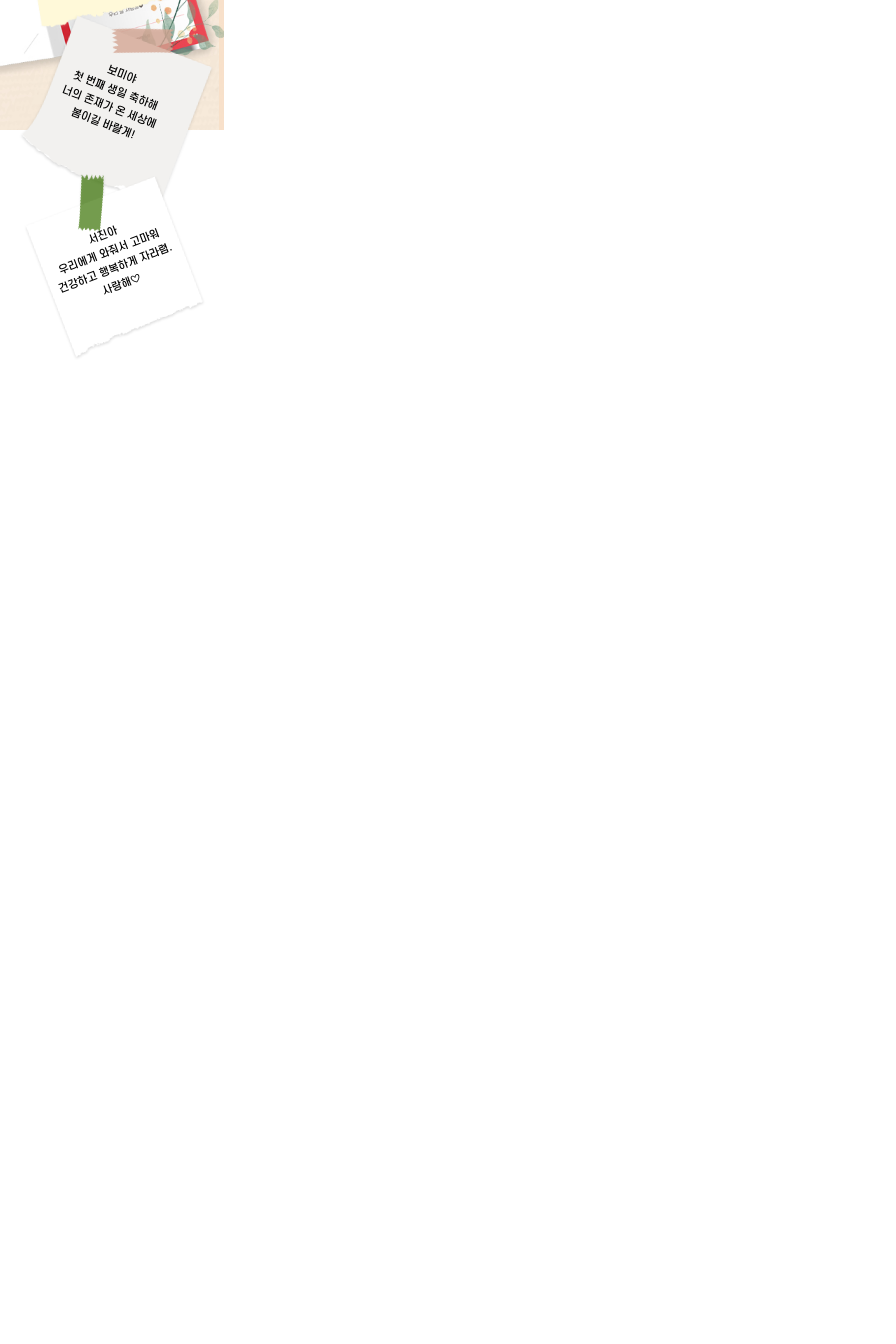
Repository: dlgywls1130/save_the_m320
Page: index.html
An editor plug-in stored every save of this project. The page is shown before and after the next save, followed by the edit.
The browser window is 1280 px wide. The pictures show the part of the page from y = 1744 to 3664 px (the page is 8300 px tall before and 10040 px after), at 70% of full size.

Above is the page before, as saved 2023-12-21 01:15:10.

### index.html
<!DOCTYPE html>
<html lang="en">
<head>
    <meta charset="UTF-8">
    <meta name="viewport" content="width=device-width, initial-scale=1.0">
    <title>세이브더칠드런</title>

    <link rel="stylesheet" href="./css/reset.css">
    <link rel="stylesheet" href="./css/style.css">

</head>
<body>
    <div class="content_body">
        <section class="section_wrapper section01">
            <div class="se01 se_wrapper">
                <div class="seo01_mobile_wrapp">
                    <div class="se01_sub">
                        <div class="sub_logo">
                            <img src="./img/logo01.png" alt="logo">
                        </div>
                        <p>우리 아기 좋은 날 기부</p>
                    </div>
                    <p class="seo01_title">
                        아가야,
                    </p>
                    <p class="seo01_title_two">
                        너의 <span id="rollingText">탄생</span> 순간을 축하해!
                    </p>
                </div>
                <div class="seo01_mobile_wrapp_bottom">
                    <p class="section_descript mb-45">
                        아이의 건강과 행복을
                        <br>바라는 마음을 담아,
                        <br>탄생, 백일, 첫 걸음마, 첫돌 등
                        <br>내 아이의 소중한 순간을
                        <br>기부로 기념해보세요.
                        <br>함께 자라나는 다른 아이들
                        <br>에게도 큰 축복이 됩니다..
                    </p>

                    <a class="donation_link" href="javascript:void(0)">우리 아기 좋은 날 기부</a>
                </div>

            </div>
        </section>
        <section class="section_wrapper section02">
            <div class="se02 se_wrapper">
                <div class="postit_wrapper">
                    <div class="postit postit01">
                        <p>우리 아들 우현이의<br>
                        200일을 축하해.<br>
                        <span>건강하게 자라줘서 고마워 <img src="./img/heart.png"></span>
                        늘 사랑받고 받은 사랑만큼<br>
                        베풀 수 있는 건강하고<br>
                        멋진 아들이 되길 바래!</p>
                    </div>
                    <div class="postit postit02">
                        <p>우리 새로아<Br>
                        백일 동안 무럭무럭 자라줘서<Br>
                        고마워~앞으로도 건강하고<Br>
                        우리 같이 재미있게 많이 놀자.<Br>
                        엄마,아빠가 많이 사랑해.</p>
                    </div>

                    <div class="postit postit05">
                        <p>사랑하는 도현이의<br>
                        첫 어린이날과 첫돌을<br>
                        기념하며, <br>
                        이웃을 사랑하는<br>
                        멋진 사람으로 자라길</p>

                    </div>
                    <div class="postit postit04">
                        <p>보미야<br>
                        첫 번째 생일 축하해<br>
                        너의 존재가 온 세상에<br>
                        봄이길 바랄게!   </p>
                    </div>

                    <div class="postit postit03">
                        <p>서진아<br>
                        우리에게 와줘서 고마워<br>
                        건강하고 행복하게 자라렴.<br>
                        사랑해♡      </p>
                    </div>

                </div>

            </div>
        </section>
        <section class="section_wrapper section03">
            <div class="se_wrapper se03">
                <div class="se_title_co">
                    아기의 좋은 날을<br> 기념해 주신 모든 분들께
                    <br>후원감사증서를 보내드립니다.
                </div>
                <div class="se_sub_co">
                    후원감사증서는<Br> 아기에게 남기고 싶은 메시지와 아기의 좋은 날이 담긴 사진을<br> 보관할 수 있도록
                    만들어드립니다.<br> 먼 훗날, 아기가 성장해 읽게 될 날을 그리며 편지를 써보세요.
                </div>
            </div>

        </section>
        <!-- <section class="section_wrapper section04">
            <div class="se_wrapper se04">
                <div class="se_title_co">
                    이름 자수 순면거즈블랭킷
                </div>
                <div class="se_sub_co">
                    30만원 이상 후원하신 분들께는 순면 거즈 아기 블랭킷(90*110)에
                    <Br>원하시는 이름(영문)을 예쁘게 수놓아 드립니다.
                </div>

                <div class="se04_slide mt-85">
                    <div class="se04_slide_list">
                        <img src="./img/slide03.jpg">
                    </div>
                    <div class="se04_slide_list">
                        <img src="./img/slide02.jpg">
                    </div>
                    <div class="se04_slide_list">
                        <img src="./img/slide01.jpg">
                    </div>
                </div>
            </div>
        </section> -->
        <section class="section_wrapper section05">
            <div class="se_wrapper se05">
                <div class="se_title_co">
                    후원신청 과정
                </div>


                <div class="se_sub_co">
                    30만원 이상 후원해 주신 경우,
                    <br>감사 선물 수령 주소 및 아기 블랭킷에 새겨질 문구 확인을 위한 문자가 발송됩니다.
                </div>

                <div class="se_step_list">
                    <div class="se_step">
                        <p class="step_number">1</p>
                        <div class="step_ico">
                            <img src="./img/icon01.png" alt="img">
                        </div>
                        <p class="step_descript">
                            후원신청하기
                        </p>
                    </div>
                    <div class="se_step">
                        <p class="step_number">2</p>
                        <div class="step_ico">
                            <img src="./img/icon02.png" alt="img">
                        </div>
                        <p class="step_descript">
                            후원감사증서
                            메시지 적기
                        </p>
                    </div>
                </div>
                <div class="se_step_list">
                    <div class="se_step">
                        <p class="step_number">3</p>
                        <div class="step_ico">
                            <img src="./img/icon03.png" alt="img">
                        </div>
                        <p class="step_descript">
                            신청완료
                        </p>
                    </div>
                    <div class="se_step">
                        <p class="step_number">4</p>
                        <div class="step_ico">
                            <img src="./img/icon04.png" alt="img">
                        </div>
                        <p class="step_descript">
                            후원감사증서 발송
                            (1주 이내)
                        </p>
                    </div>
                </div>


                <a class="donation_link" href="javascript:void(0)">우리 아기 좋은 날 기부</a>
            </div>

        </section>
        <section class="section_wrapper section06">
            <div class="se_wrapper se06">
                <div class="se_title_co">
                    후원금, 이렇게 쓰여요!
                </div>
                <div class="se_sub_co">
                    세이브더칠드런은 <Br><span>국내외 아동을 위한 교육,
                    <Br>보호, 보건영양지원,<Br> 아동권리옹호</span> 등의<Br> 활동을 해나가고 있습니다.
                </div>
                <div class="se_sub_co">
                    보내주신 후원금은<Br> 정치, 종교, 인종에 관계없이<Br> 모든 아이를 구해야 한다는
                    <Br>세이브더칠드런의 신념에 따라 <Br><span>가장 도움 필요한 아이를 위해 우선 사용</span>됩니다.
                </div>
            </div>

        </section>
        <section class="section_wrapper section07">
            <div class="se_wrapper se07">
                <div class="se_title_co">
                    FAQ
                </div>
                <div class="accordion">
                    <div class="accordion-item">
                        <h3 class="title">
                            <span>1. 30만원 이상 후원했습니다. <br>거즈 순면 블랭킷은 언제 오나요?</span>
                            <img src="./img/top.png">
                        </h3>
                        <p class="paragraph">
                            우리아기 축하기부로 30만원 이상 후원자님들께는 담요에 수놓을 아기 이름과
                            선물 수령 주소 확인을 위한 문자가 발송됩니다.
                            02-6900-4479로 발송되는 문자 속 설문조사에 답해주세요.
                            확인을 완료하신 분들께는 블랭킷 제작을 담당하고 있는 조니 스튜디오에서
                            아기 이름 자수 작업 완료 후 배송해 드립니다.

                        </p>
                    </div>
                    <div class="accordion-item">
                        <h3 class="title">
                            <span>2. 거즈 순면 블랭킷, 안전한 제품인가요?</span>
                            <img src="./img/top.png">
                        </h3>
                        <p class="paragraph">
                            본 블랭킷은 워싱된 3중 거즈로 제작되었으며, KC안전검사를 완료하였습니다.
                            소재 특성상 섬유 조각이 발생할 수 있어 망에 넣지 않고 3번 정도 물빨래 하시는 것을 권장합니다.

                        </p>
                    </div>
                    <div class="accordion-item">
                        <h3 class="title">
                            <span>3. 거즈 순면 블랭킷을 받았는 데 하자가 있어요. <Br>어떻게 해야 하나요? </span>
                            <img src="./img/top.png">
                        </h3>
                        <p class="paragraph">
                            070-4220-4123 (조니스튜디오 CS)로 전화 연락 부탁드립니다. 하자 물품에 대한 교환은 수령일로부터 7일 이내에 조니스튜디오에 연락해주셔야 하며, 이로 인한 후원금 환불은 어렵습니다.
                        </p>
                    </div>
                    <div class="accordion-item">
                        <h3 class="title">
                            <span>4. 후원감사증서에 넣을 수 있는 사진 사이즈는 <Br>얼마인가요?</span>
                            <img src="./img/top.png">
                        </h3>
                        <p class="paragraph">
                            사진 인화 사이즈 5*7 인치에 맞추어서 제작되었습니다.  그보다 작은 사진일 경우, 후원감사증서
                            내부의 주머니에 넣어 보관하실 수도  있습니다.

                        </p>
                    </div>
                </div>
            </div>

        </section>
        <section class="section_wrapper section08">
            <div class="se_wrapper se08">
                <div class="se08_postion">
                    <p class="se08_title">우리 아기 좋은 날 기부</p>
                    <p class="se08_descript">
                        탄생, 백일, 첫 걸음마, 첫돌...
                        <br>소중한 우리 아기의 성장을 기념해 보세요!
                        <br>아기의 좋은 날이 모여 세상의 행복이 됩니다.
                    </p>
                    <a href="javascript:void(0)" class="more_btn">
                        <p>자세히보기</p>
                        <svg xmlns="http://www.w3.org/2000/svg" width="16" height="16" fill="currentColor" class="bi bi-chevron-right" viewBox="0 0 16 16">
                            <path fill-rule="evenodd" d="M4.646 1.646a.5.5 0 0 1 .708 0l6 6a.5.5 0 0 1 0 .708l-6 6a.5.5 0 0 1-.708-.708L10.293 8 4.646 2.354a.5.5 0 0 1 0-.708z"/>
                        </svg>
                    </a>
                </div>

            </div>
        </section>
    </div>

    <script src="https://ajax.googleapis.com/ajax/libs/jquery/1.12.4/jquery.min.js"></script>
    <script src="./js/main.js"></script>
</body>
</html>

### css/reset.css


html, body, div, span, applet, object, iframe,
h1, h2, h3, h4, h5, h6, p, blockquote, pre,
a, abbr, acronym, address, big, cite, code,
del, dfn, em, img, ins, kbd, q, s, samp,
small, strike, strong, sub, sup, tt, var,
b, u, i, center,
dl, dt, dd, ol, ul, li,
fieldset, form, label, legend,
table, caption, tbody, tfoot, thead, tr, th, td,
article, aside, canvas, details, embed,
figure, figcaption, footer, header, hgroup,
menu, nav, output, ruby, section, summary,
time, mark, audio, video {
	margin: 0;
	padding: 0;
	border: 0;
	font-size: 100%;
	font: inherit;
	vertical-align: baseline;
}

article, aside, details, figcaption, figure,
footer, header, hgroup, menu, nav, section {
	display: block;
}
body {
	line-height: 1;
}
ol, ul {
	list-style: none;
}
blockquote, q {
	quotes: none;
}
blockquote:before, blockquote:after,
q:before, q:after {
	content: '';
	content: none;
}
table {
	border-collapse: collapse;
	border-spacing: 0;
}

Loaded but not shown: js/main.js (46 lines, source omitted); css/style.css (649 lines, source omitted)

After the next save:
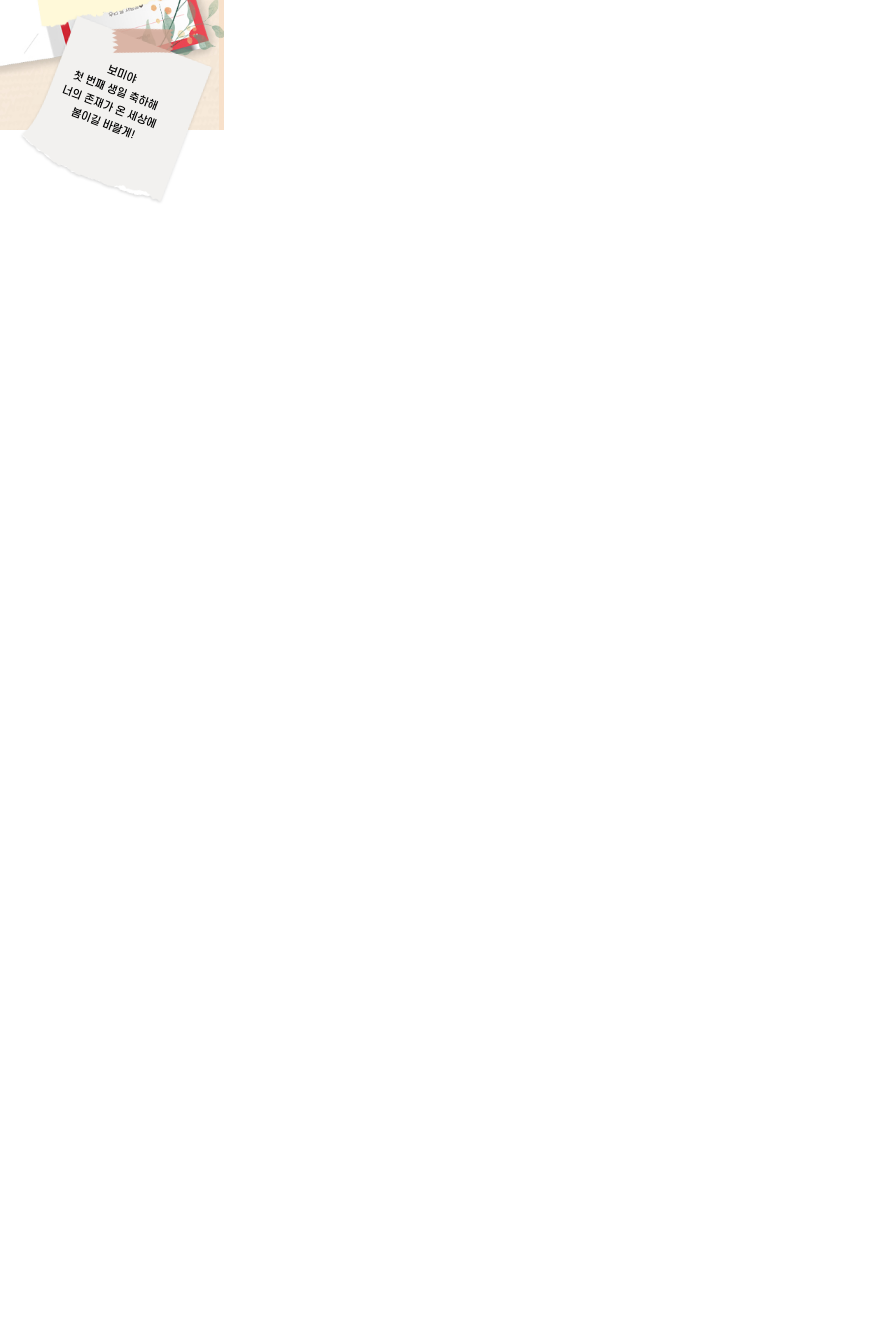
Saved 24 s later.
--- a/index.html
+++ b/index.html
@@ -77,12 +77,12 @@
                         봄이길 바랄게!   </p>
                     </div>
 
-                    <div class="postit postit03">
+                    <!-- <div class="postit postit03">
                         <p>서진아<br>
                         우리에게 와줘서 고마워<br>
                         건강하고 행복하게 자라렴.<br>
                         사랑해♡      </p>
-                    </div>
+                    </div> -->
 
                 </div>
 
@@ -101,7 +101,7 @@
             </div>
 
         </section>
-        <!-- <section class="section_wrapper section04">
+        <section class="section_wrapper section04">
             <div class="se_wrapper se04">
                 <div class="se_title_co">
                     이름 자수 순면거즈블랭킷
@@ -123,7 +123,7 @@
                     </div>
                 </div>
             </div>
-        </section> -->
+        </section>
         <section class="section_wrapper section05">
             <div class="se_wrapper se05">
                 <div class="se_title_co">
